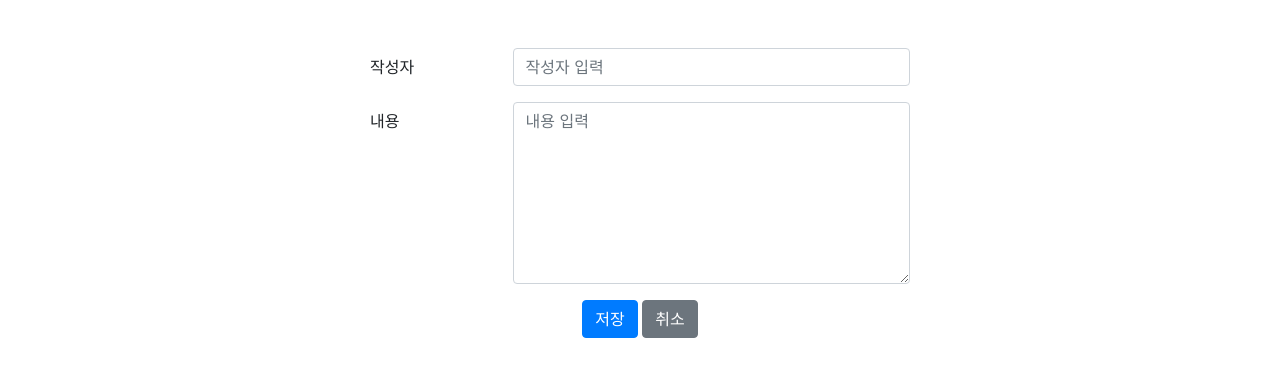
Repository: bjkim247/webproject
Page: webproject/jsptest/src/main/webapp/bbs/write.html
These files come from the project's save history. The page is drawn as it stood at one moment and after the next save; the edit follows.
The browser window is 1280 px wide. The pictures show the whole page.

Above is the page before, as saved 2023-11-29 06:24:34.

### webproject/jsptest/src/main/webapp/bbs/write.html
<!DOCTYPE html>
<html>
<head>
  <meta charset="UTF-8">
  <title>부트스트랩을 이용한 폼 스타일링</title>
  <link rel="stylesheet" href="https://maxcdn.bootstrapcdn.com/bootstrap/4.5.2/css/bootstrap.min.css">
</head>
<body>

  <div class="container mt-5">
    <form method="post" action="/jsptest/VISIT">
      <div class="row justify-content-center">
        <div class="col-md-6">
          <div class="form-group row">
            <label for="writer" class="col-sm-3 col-form-label">작성자</label>
            <div class="col-sm-9">
              <input type="text" class="form-control" id="writer" name="writer" placeholder="작성자 입력" required>
            </div>
          </div>
          <div class="form-group row">
            <label for="memo" class="col-sm-3 col-form-label">내용</label>
            <div class="col-sm-9">
              <textarea class="form-control" id="memo" name="memo" rows="7" placeholder="내용 입력" required></textarea>
            </div>
          </div>
          <div class="form-group row">
            <div class="col-sm-12 text-center">
              <button type="submit" class="btn btn-primary">저장</button>
              <button type="reset" class="btn btn-secondary">취소</button>
            </div>
          </div>
        </div>
      </div>
    </form>
  </div>

</body>
</html>

After the next save:
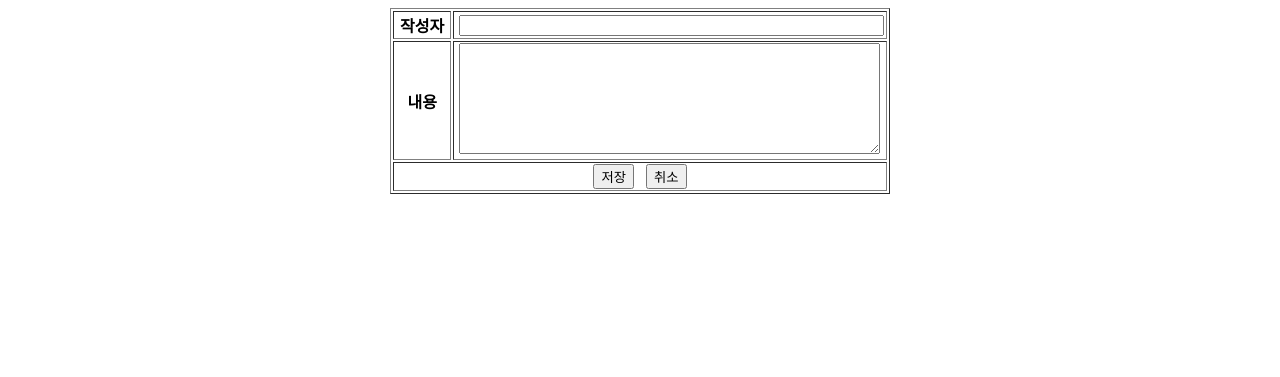
Saved 58 s later.
--- a/webproject/jsptest/src/main/webapp/bbs/write.html
+++ b/webproject/jsptest/src/main/webapp/bbs/write.html
@@ -1,38 +1,51 @@
-<!DOCTYPE html>
 <html>
-<head>
-  <meta charset="UTF-8">
-  <title>부트스트랩을 이용한 폼 스타일링</title>
-  <link rel="stylesheet" href="https://maxcdn.bootstrapcdn.com/bootstrap/4.5.2/css/bootstrap.min.css">
-</head>
-<body>
+ <head>
 
-  <div class="container mt-5">
-    <form method="post" action="/jsptest/VISIT">
-      <div class="row justify-content-center">
-        <div class="col-md-6">
-          <div class="form-group row">
-            <label for="writer" class="col-sm-3 col-form-label">작성자</label>
-            <div class="col-sm-9">
-              <input type="text" class="form-control" id="writer" name="writer" placeholder="작성자 입력" required>
-            </div>
-          </div>
-          <div class="form-group row">
-            <label for="memo" class="col-sm-3 col-form-label">내용</label>
-            <div class="col-sm-9">
-              <textarea class="form-control" id="memo" name="memo" rows="7" placeholder="내용 입력" required></textarea>
-            </div>
-          </div>
-          <div class="form-group row">
-            <div class="col-sm-12 text-center">
-              <button type="submit" class="btn btn-primary">저장</button>
-              <button type="reset" class="btn btn-secondary">취소</button>
-            </div>
-          </div>
-        </div>
-      </div>
-    </form>
-  </div>
+ <title>방명록 작성하기</title>
 
-</body>
+ </head>
+
+ <body>
+
+ <form method="post" action="/jspStudy/VisitInsert">
+ <table align="center" width="500" border="1">
+ <tr>
+
+ <th width="70">작성자</th>
+
+ <td width="430">
+
+ &nbsp;<input type="text" name="writer" size="50">
+ </td>
+
+ </tr>
+
+ <tr>
+
+ <th>내용</th>
+
+ <td>
+
+ &nbsp;<textarea rows="7" cols="50" name="memo">
+ </textarea>
+
+ </td>
+</tr>
+
+ <tr>
+
+ <td colspan="2" align="center">
+
+ <input type="submit" value="저장">&nbsp;&nbsp;
+<input type="reset" value="취소">
+ </td>
+
+ </tr>
+
+ </table>
+
+ </form>
+
+ </body>
+
 </html>
